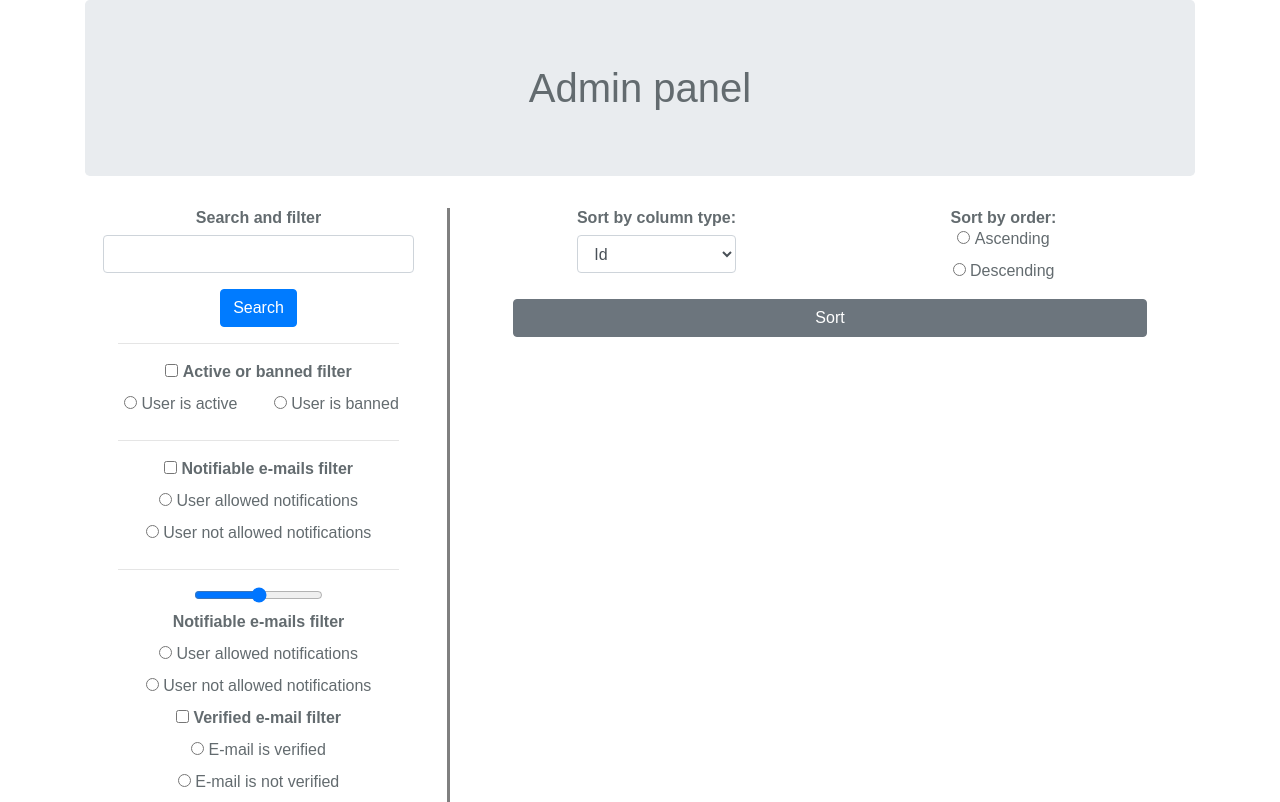
Repository: WOLVGVNG/gameclan
Page: resources/views/admin_panel.blade.php
An editor plug-in stored every save of this project. The page is shown before and after the next save, followed by the edit.
The browser window is 1280 px wide. The pictures show the whole page.
The page is served by the project's Laravel application, run on PHP 8.4 with Laravel 8. Other server files are loaded and not shown. The template is opened directly, without the code that normally fills it, so the values that code supplies are empty.

Above is the page before, as saved 2019-03-20 22:16:03.

### routes/web.php
<?php

/*
|--------------------------------------------------------------------------
| Web Routes
|--------------------------------------------------------------------------
|
| Here is where you can register web routes for your application. These
| routes are loaded by the RouteServiceProvider within a group which
| contains the "web" middleware group. Now create something great!
|
*/

Route::get('/', 'AdminPanelController@index');

### resources/views/admin_panel.blade.php
@extends('layout.app')
@section('content')
<div class='container text-center'>
    <h1 class='jumbotron'>Admin panel</h1>
    <form action='/' method='GET'>
        <div class='row'>
            <div class='col-md-4 px-4 px-md-5' style='border-right: 3px solid gray'>
                <!-----------------------------SZUKANIE---------------------------->
                <div class='row'>
                    <h6 class='font-weight-bold mx-auto'>Search and filter</h6>
                    <input type='text' class='form-control' name='search' value='{{ session('search') }}'>
                </div>
                <div class='row'>
                    <button type='submit' class='btn btn-primary mt-3 mx-auto'>Search</button>
                </div>
                <hr>

                <!-----------------------------FILTROWANIE---------------------------->
                <input type='checkbox' name='filter_active_switch' id='active_switch' value=true @if(session('filter_active_switch')==true) echo checked @endif>
                <label for='active_switch' class='font-weight-bold text-center'>Active or banned filter</label>
                <div class='row'>
                    <div class='col'>
                        <input type='radio' name='filter_active' id='active' value='active' @if(session('filter_active')=='active') echo checked @endif>
                        <label for='active'>User is active</label>
                    </div>
                    <div class='col'>
                        <input type='radio' name='filter_active' id='banned' value='banned' @if(session('filter_active  ')=='banned') echo checked @endif>
                        <label for='banned'>User is banned</label>
                    </div>
                </div>

                <hr>

                <input type='checkbox' name='filter_notifiable_email_switch' id='notifiable_email_switch' value=true @if(session('filter_notifiable_email_switch')==true) echo checked @endif>
                <label for='notifiable_email_switch' class='font-weight-bold text-center'>Notifiable e-mails filter</label>
                <div class='row'>
                    <div class='col mx-auto'>
                        <div class='col-12'>
                            <input type='radio' name='filter_notifiable_email' id='notifiable_email_yes' value='true' @if(session('filter_notifiable_email')=='true') echo checked @endif>
                            <label for='notifiable_email_yes'>User allowed notifications</label>
                        </div>
                        <div class='col-12'>
                            <input type='radio' name='filter_notifiable_email' id='notifiable_email_no' value='false' @if(session('filter_notifiable_email')=='false') echo checked @endif>
                            <label for='notifiable_email_no'>User not allowed notifications</label>
                        </div>
                    </div>
                </div>

                <hr>

                <input type='range' name='filter_points_switch' id='points_switch' value=true @if(session('filter_points_switch')==true) echo checked @endif>
                <label for='points_switch' class='font-weight-bold text-center'>Notifiable e-mails filter</label>
                <div class='row'>
                    <div class='col mx-auto'>
                        <div class='col-12'>
                            <input type='radio' name='filter_points' id='points_yes' value='true' @if(session('filter_points')=='true') echo checked @endif>
                            <label for='points_yes'>User allowed notifications</label>
                        </div>
                        <div class='col-12'>
                            <input type='radio' name='filter_points' id='points_no' value='false' @if(session('filter_points')=='false') echo checked @endif>
                            <label for='points_no'>User not allowed notifications</label>
                        </div>
                    </div>
                </div>

                {{--<input type='checkbox' name='filter_emails_switch' id='email_switch' value=true @if(session('filter_emails_switch')==true) echo checked @endif>
                <label for='email_switch' class='font-weight-bold text-center'>Users' email's providers</label>
                <div class='row'>
                    <div class='col'>
                        <input type='checkbox' name='filter_emails[]' id='gmail' value='gmail'>
                        <label for='gmail'>Gmail</label>
                    </div>
                    <div class='col'>
                        <input type='checkbox' name='filter_emails[]' id='outlook' value='outlook'>
                        <label for='outlook'>Outlook</label>
                    </div>
                    <div class='col'>
                        <input type='checkbox' name='filter_emails[]' id='yahoo' value='yahoo'>
                        <label for='yahoo'>Yahoo</label>
                    </div>
                    <div class='col'>
                        <input type='checkbox' name='filter_emails[]' id='yandex' value='yandex'>
                        <label for='yandex'>Yandex</label>
                    </div>
                    <div class='col'>
                        <input type='checkbox' name='filter_emails[]' id='icloud' value='icloud'>
                        <label for='icloud'>Icloud</label>
                    </div>
                    <div class='col'>
                        <input type='checkbox' name='filter_emails[]' id='onet' value='onet'>
                        <label for='onet'>Onet</label>
                    </div>
                </div>--}}

                <input type='checkbox' name='filter_verified_email_switch' id='verified_email_switch' value=true @if(session('filter_verified_email_switch')==true) echo checked @endif>
                <label for='verified_email_switch' class='font-weight-bold text-center'>Verified e-mail filter</label>
                <div class='row'>
                    <div class='col mx-auto'>
                        <div class='col-12'>
                            <input type='radio' name='filter_verified_email' id='verified_email_yes' value='true' @if(session('filter_verified_email')=='true') echo checked @endif>
                            <label for='verified_email_yes'>E-mail is verified</label>
                        </div>
                        <div class='col-12'>
                            <input type='radio' name='filter_verified_email' id='verified_email_no' value='false' @if(session('filter_verified_email')=='false') echo checked @endif>
                            <label for='verified_email_no'>E-mail is not verified</label>
                        </div>
                    </div>
                </div>
            </div>

            <div class='col-md-8 px-4 px-md-5'>
                <!-----------------------------SORTOWANIE---------------------------->
                <div class='row'>
                    <div class='col-sm-6'>
                        <h6 class='font-weight-bold mt-4 mt-md-0'>Sort by column type:</h6>
                        <select class='form-control w-50 mx-auto' name='sort_type' value='{{ session('sort_type') }}'>
                            {{--<option>{{ session('sort_type') }}</option>--}}
                            <option value='id' @if(session('sort_type') == 'id') echo selected @endif>Id</option>
                            <option value='user_name' @if(session('sort_type') == 'user_name') echo selected @endif>User name</option>
                            <option value='email' @if(session('sort_type') == 'email') echo selected @endif>E-mail</option>
                            <option value='notifiable_email' @if(session('sort_type') == 'notifiable_email') echo selected @endif>Notifiable email</option>
                            <option value='email_verified_at' @if(session('sort_type') == 'email_verified_at') echo selected @endif>Email verification date</option>
                            <option value='points' @if(session('sort_type') == 'points') echo selected @endif>Points</option>
                            <option value='steam_id' @if(session('sort_type') == 'steam_id') echo selected @endif>Steam id</option>
                            <option value='facebook_id' @if(session('sort_type') == 'facebook_id') echo selected @endif>Facebook id</option>
                            <option value='google_id' @if(session('sort_type') == 'google_id') echo selected @endif>Google id</option>
                            <option value='geo' @if(session('sort_type') == 'geo') echo selected @endif>Country</option>
                            <option value='lang' @if(session('sort_type') == 'lang') echo selected @endif>Language</option>
                            <option value='ref' @if(session('sort_type') == 'ref') echo selected @endif>Ref</option>
                            <option value='ref_status' @if(session('sort_type') == 'ref_status') echo selected @endif>Ref status</option>
                            <option value='ref_code' @if(session('sort_type') == 'ref_code') echo selected @endif>Ref code</option>
                            <option value='deleted_at' @if(session('sort_type') == 'deleted_at') echo selected @endif>The date of removal</option>
                            <option value='created_at' @if(session('sort_type') == 'created_at') echo selected @endif>Creation date</option>
                            <option value='updated_at' @if(session('sort_type') == 'updated_at') echo selected @endif>Update date</option>
                        </select>
                    </div>
                    <div class='col-sm-6'>
                        <h6 class='font-weight-bold my-4 my-md-0'>Sort by order:</h6>
                        <input type='radio' name='sort_order' value='asc' id='asc'
                                @if(session('sort_order') == 'asc') echo checked @endif>
                        <label for='asc'>Ascending</label>
                        <br>
                        <input type='radio' name='sort_order' value='desc' id='desc'
                                @if(session('sort_order') == 'desc') echo checked @endif>
                        <label for='desc'>Descending</label>
                    </div>
                </div>
                <div class='col mt-2 mb-5'>
                    <button type='submit' class='btn btn-block btn-secondary'>Sort</button>
                </div>
            </form>

            <!-----------------------------WYŚWIETLANIE---------------------------->
            @foreach($users as $user)
                <div class='row mb-5 user-part-div'>
                    <div class='user-part-div col'>
                        <p class='font-weight-bold'>id</p>
                        <p>{{$user->id}}</p>
                    </div>
                    <div class='user-part-div col'>
                        <p class='font-weight-bold'>user_name</p>
                        <p>{{$user->user_name}}</p>
                    </div>
                    <div class='user-part-div col'>
                        <p class='font-weight-bold'>email</p>
                        <p>{{$user->email}}</p>
                    </div>
                    @if(isset($user->email_verified_at))
                        <div class='user-part-div col'>
                            <p class='font-weight-bold'>email_verified_at</p>
                            <p>{{$user->email_verified_at}}</p>
                        </div>
                    @endif
                    @if(isset($user->email_verified_at))
                        <div class='user-part-div col'>
                            <p class='font-weight-bold'>remember_token</p>
                            <p>{{$user->remember_token}}</p>
                        </div>
                    @endif
                    <div class='user-part-div col'>
                        <p class='font-weight-bold'>avatar</p>
                        <p>{{$user->avatar}}</p>
                    </div>
                    <div class='user-part-div col'>
                        <p class='font-weight-bold'>points</p>
                        <p>{{$user->points}}</p>
                    </div>
                    @if(isset($user->steam_id))
                        <div class='user-part-div col'>
                            <p class='font-weight-bold'>steam_id</p>
                            <p>{{$user->steam_id}}</p>
                        </div>
                    @endif
                    @if(isset($user->facebook_id))
                        <div class='user-part-div col'>
                            <p class='font-weight-bold'>facebook_id</p>
                            <p>{{$user->facebook_id}}</p>
                        </div>
                    @endif
                    @if(isset($user->google_id))
                        <div class='user-part-div col'>
                            <p class='font-weight-bold'>google_id</p>
                            <p>{{$user->google_id}}</p>
                        </div>
                    @endif
                    <div class='user-part-div col'>
                        <p class='font-weight-bold'>geo</p>
                        <p>{{$user->geo}}</p>
                    </div>
                    <div class='user-part-div col'>
                        <p class='font-weight-bold'>lang</p>
                        <p>{{$user->lang}}</p>
                    </div>
                    @if(isset($user->ref))
                        <div class='user-part-div col'>
                            <p class='font-weight-bold'>ref</p>
                            <p>{{$user->ref}}</p>
                        </div>
                    @endif
                    @if(isset($user->ref_status))
                        <div class='user-part-div col'>
                            <p class='font-weight-bold'>ref_status</p>
                            <p>{{$user->ref_status}}</p>
                        </div>
                    @endif
                    <div class='user-part-div col'>
                        <p class='font-weight-bold'>ref_code</p>
                        <p>{{$user->ref_code}}</p>
                    </div>
                    @if(isset($user->deleted_at))
                        <div class='user-part-div col'>
                            <p class='font-weight-bold'>deleted_at</p>
                            <p>{{$user->deleted_at}}</p>
                        </div>
                    @endif
                    <div class='user-part-div col'>
                        <p class='font-weight-bold'>created_at</p>
                        <p>{{$user->created_at}}</p>
                    </div>
                    @if(isset($user->updated_at))
                        <div class='user-part-div col'>
                            <p class='font-weight-bold'>updated_at</p>
                            <p>{{$user->updated_at}}</p>
                        </div>
                    @endif
                </div>
            @endforeach
        </div>
    </div>

    <!-----------------------------PAGINACJA---------------------------->
    <div class='row'>
        <div class='mx-auto'>
            {{ $users->links() }}
        </div>
    </div>
</div>
@endsection

### resources/views/layout/app.blade.php
<!doctype html>
<html lang="{{ str_replace('_', '-', app()->getLocale()) }}">
    <head>
        <meta charset="utf-8">
        <meta name="viewport" content="width=device-width, initial-scale=1">

        <title>Laravel</title>

        <link rel="stylesheet" href="https://stackpath.bootstrapcdn.com/bootstrap/4.3.1/css/bootstrap.min.css" integrity="sha384-ggOyR0iXCbMQv3Xipma34MD+dH/1fQ784/j6cY/iJTQUOhcWr7x9JvoRxT2MZw1T" crossorigin="anonymous">

        <style>
            html, body {
                background-color: #fff;
                color: #636b6f;
                font-family: 'Nunito', sans-serif;
                font-weight: 200;
                height: 100vh;
                margin: 0;
            }

            .user-part-div {
                border: 2px solid gray;
            }
        </style>
    </head>
    <body>
        @yield('content')

    </body>
</html>

After the next save:
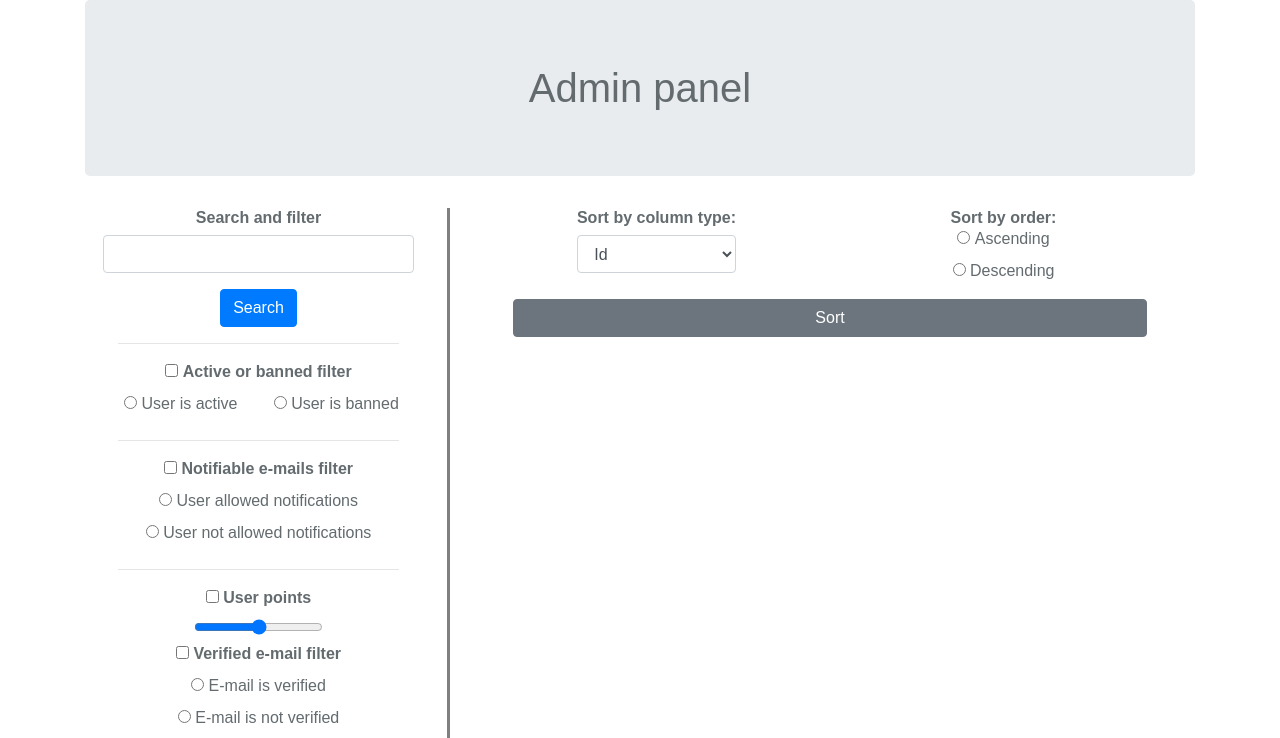
Saved 27 s later.
--- a/resources/views/admin_panel.blade.php
+++ b/resources/views/admin_panel.blade.php
@@ -48,17 +48,12 @@
 
                 <hr>
 
-                <input type='range' name='filter_points_switch' id='points_switch' value=true @if(session('filter_points_switch')==true) echo checked @endif>
-                <label for='points_switch' class='font-weight-bold text-center'>Notifiable e-mails filter</label>
+                <input type='checkbox' name='filter_points_switch' id='points_switch' value=true @if(session('filter_points_switch')==true) echo checked @endif>
+                <label for='points_switch' class='font-weight-bold text-center'>User points</label>
                 <div class='row'>
                     <div class='col mx-auto'>
                         <div class='col-12'>
-                            <input type='radio' name='filter_points' id='points_yes' value='true' @if(session('filter_points')=='true') echo checked @endif>
-                            <label for='points_yes'>User allowed notifications</label>
-                        </div>
-                        <div class='col-12'>
-                            <input type='radio' name='filter_points' id='points_no' value='false' @if(session('filter_points')=='false') echo checked @endif>
-                            <label for='points_no'>User not allowed notifications</label>
+                            <input type='range' name='filter_points' id='points_yes' value='true' @if(session('filter_points')=='true') echo checked @endif>
                         </div>
                     </div>
                 </div>
